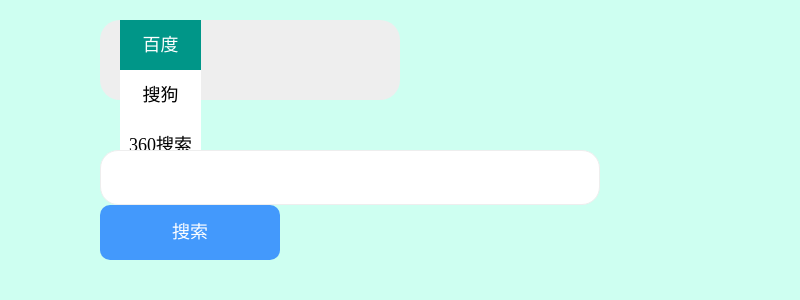
Repository: hellobz/duosousuoyinqing
Page: sousuo.html
The author's editor kept a copy of each file at every save. The page is drawn from the files as they stood at one save, then again after the next save.
The browser window is 600 px wide. The page is 800 px wide, so the pictures cover 800 px, including what lies to the right of the window. The pictures show the whole page.
Some web libraries are served in a nearby version.

Above is the page before, as saved 2022-05-25 10:00:29.

### sousuo.html
<!DOCTYPE html>
<html lang="en">

<head>
    <meta charset="UTF-8">
    <meta http-equiv="X-UA-Compatible" content="IE=edge">
    <meta name="viewport" content="width=device-width, initial-scale=1.0">
    <title>小旋综合搜素引擎</title>
    <link rel="shortcut icon" href="./images/favicon.ico" type="image/x-icon">
    <link rel="stylesheet" href="./css/index.css">
</head>

<body>
    <div id="wrap">
        <ul class="list">
            <li class="list_item" @click="handleChangeList(item.id)" v-for="item in search" :key="item.id"
                class="list_item"
                :style="{'backgroundColor': (currentTab == item.id ? '#009688': '#fff'),'color': (currentTab == item.id ? '#fff' : '#000')}"
                v-cloak>{{item.name}}</li>
        </ul>
        <div class="wrap_content">
            <input v-model="iptvalue" class="ipt" type="text" id="ipt">
            <button @click="handleClick" class="btn">搜索</button>
        </div>
    </div>
    <script src="https://unpkg.com/vue@2.6.14/dist/vue.js"></script>
    <script src="https://unpkg.com/axios@0.24.0/dist/axios.min.js"></script>
    <script>
        const vm = new Vue({
            el: '#wrap',
            data: {
                iptvalue: '',
                currentTab: 1,
                search: [
                    {
                        id: 1,
                        name: '百度'
                    },
                    {
                        id: 2,
                        name: '搜狗'
                    },
                    {
                        id: 3,
                        name: '360搜索'
                    },
                    {
                        id: 4,
                        name: '必应搜索'
                    }
                ]

            },
            methods: {
                handleChangeList(id) {
                    this.currentTab = id;
                },

                handleClick() {
                    if (this.currentTab == 1) {
                        window.open("https://www.baidu.com/s?wd=" + this.iptvalue);
                    } else if (this.currentTab == 2) {
                        window.open('https://www.sogou.com/web?query=' + this.iptvalue);
                    } else if (this.currentTab == 3) {
                        window.open('https://www.so.com/s?ie=utf-8&fr=none&src=360sou_newhome&q=' + this.iptvalue);
                    } else if (this.currentTab == 4) {
                        window.open('https://cn.bing.com/search?q=' + this.iptvalue);
                    }
                    else {
                        alert('你是否选择上面的搜索引擎搜索');
                    }
                    // window.location.href ="https://www.baidu.com/s?wd="+this.iptvalue;

                    // axios.get(`https://www.baidu.com/s?wd=${this.iptvalue}`)
                    // .then((res)=>{
                    //     console.log(res);
                    //     window.location.href ="https://www.baidu.com/s?wd="+this.iptvalue;
                    // }).catch(()=>{

                    // })
                }
            }
        })
    </script>
</body>

</html>

### css/index.css
* {
    margin: 0;
    padding: 0;
}

body {
    /* background-color: #009688; */
    background-color: #cefff1;
    min-height: 730px;
}

[v-cloak] {
    display: none;
}

#wrap {
    margin: 20px auto;
    width: 700px;
}

#wrap ul.list {
    display: flex;
    align-items: center;
    margin-bottom: 50px;
    width:660px;
    height: 80px;
    padding-left: 20px;
    box-sizing: border-box;
    list-style: none;
    background-color: #eee;
    color: #333;
    font-size: 16px;
    border-radius: 20px;
}

#wrap li.list_item{
    margin-right: 4%;
    width:29%;
    height: 50px;
    text-align: center;
    line-height: 50px;
    font-size: 18px;
    cursor: pointer;
}

.wrap_content {
    display: flex;
    align-items: center;
    width: 700px;
}

.ipt {
    margin-right: 20px;
    width: 500px;
    height:55px;
    padding-left: 20px;
    box-sizing: border-box;
    border-radius: 18px;
    border: 1px solid #eee;
    font-size: 24px;
    outline: none;
}

.btn {
    width:180px;
    height: 55px;
    line-height: 55px;
    text-align:center;
    color: #fff;
    background-color: #4399FC;
    border-radius: 10px;
    font-size: 18px;
    outline: none;
    border: none;
}

@media (max-width: 720px) {
    #wrap {
        width: 400px;
    }
    #wrap ul.list {
        display: block;
        width: 300px;
    }

    .wrap_content {
        display: block;
    }
}

After the next save:
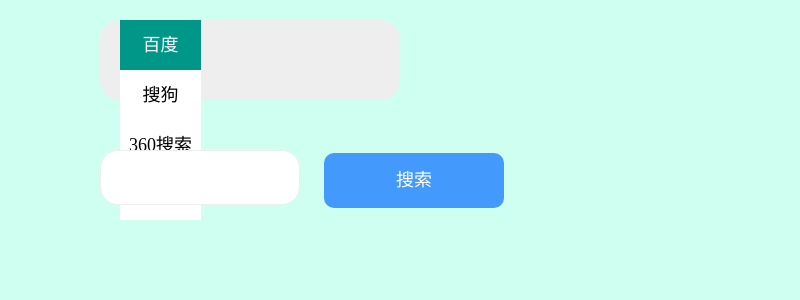
Saved 27 s later.
--- a/css/index.css
+++ b/css/index.css
@@ -86,4 +86,8 @@
     .wrap_content {
         display: block;
     }
+
+    .ipt {
+        width: 200px;
+    }
 }
